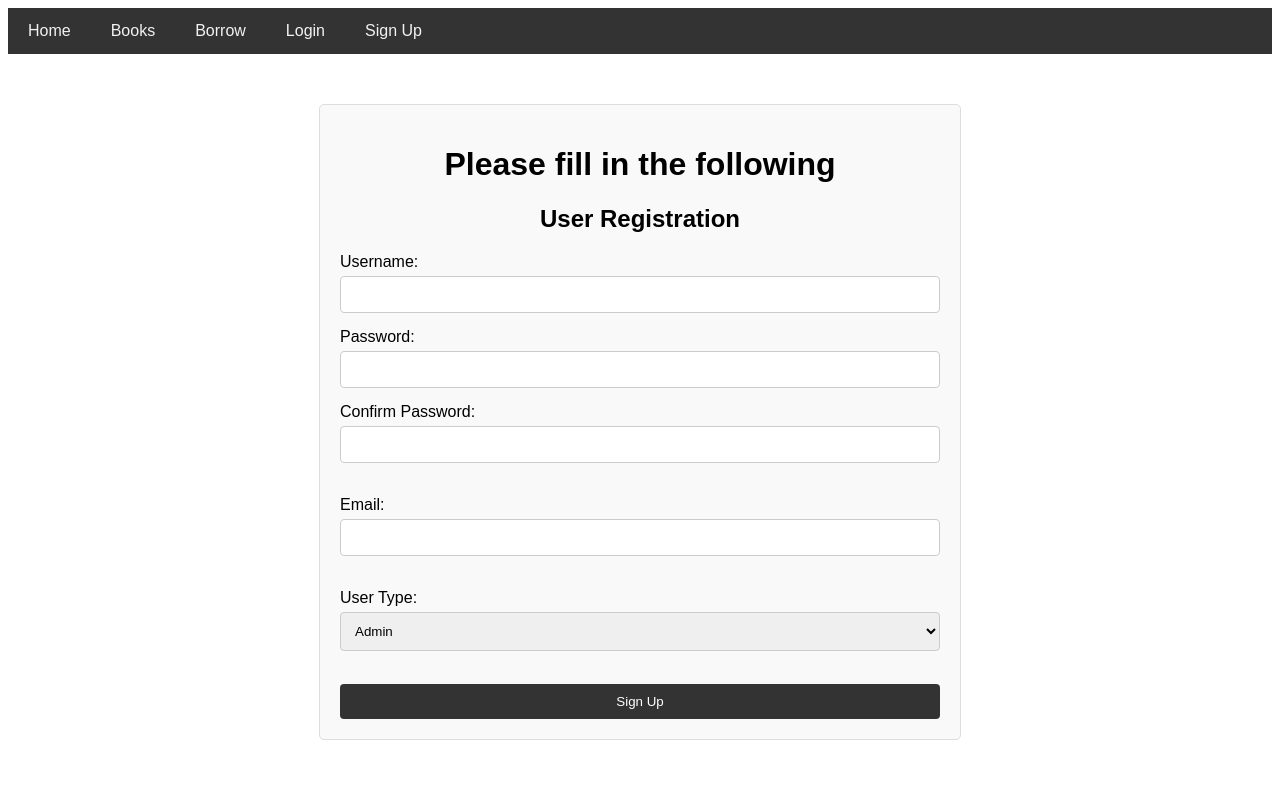
Repository: fadyesk12/Web-Technology-Course-Project
Page: auth/signup.html
The author's editor kept a copy of each file at every save. The page is drawn from the files as they stood at one save, then again after a run of saves.
The browser window is 1280 px wide. The pictures show the whole page.

Above is the page before, as saved 2024-04-19 02:21:58.

### auth/signup.html
<!DOCTYPE html>
<html>
<head>
  <title>User Registration</title>
  <link rel="stylesheet" href="../Styling/signup.css">
</head>
<body>


  <div id="navbar">
    <a href="../index.html">Home</a>
    <a href="../book_list.html">Books</a>
    <a href="../borrow.html">Borrow</a>
    <a href="../auth/login.html">Login</a>
    <a href="../auth/signup.html">Sign Up</a>
  </div>

  <div class="container">
    <h1>Please fill in the following</h1>
    <h2>User Registration</h2>

    <form>
      <div class="form-group">
        <label for="username">Username:</label>
        <input type="text" id="username" name="username" required>
      </div>
      <div class="form-group">
        <label for="password">Password:</label>
        <input type="password" id="password" name="password" required>
      </div>

        <label for="confirmPassword">Confirm Password:</label>
        <input type="password" id="confirmPassword" name="confirmPassword" required><br><br>

        <label for="email">Email:</label>
        <input type="email" id="email" name="email" required><br><br>

        <label for="usertype">User Type:</label>
        <select id="usertype" name="usertype" required>
            <option value="admin">Admin</option>
            <option value="user">User</option>
        </select><br><br>

        <input type="submit" value="Sign Up">
    </form>
  </div>
</body>
</html>

### Styling/signup.css
#navbar {
    overflow: hidden;
    background-color: #333;
  }

  #navbar a {
    float: left;
    display: block;
    color: #f2f2f2;
    text-align: center;
    padding: 14px 20px;
    text-decoration: none;
  }

  #navbar a:hover {
    background-color: #ddd;
    color: black;
  }

  body {
    font-family: Arial, sans-serif;
  }

  .container {
    max-width: 600px;
    margin: 50px auto;
    padding: 20px;
    border: 1px solid #ddd;
    border-radius: 5px;
    background-color: #f9f9f9;
  }

  h1, h2 {
    text-align: center;
  }

  form {
    margin-top: 20px;
  }

  label {
    display: block;
    margin-bottom: 5px;
  }

  input[type="text"],
  input[type="password"],
  input[type="email"],
  select {
    width: 100%;
    padding: 10px;
    margin-bottom: 15px;
    border: 1px solid #ccc;
    border-radius: 4px;
    box-sizing: border-box;
  }

  input[type="submit"] {
    width: 100%;
    background-color: #333;
    color: #fff;
    padding: 10px;
    border: none;
    border-radius: 4px;
    cursor: pointer;
  }

  input[type="submit"]:hover {
    background-color: #555;
  }

After the next 2 saves:
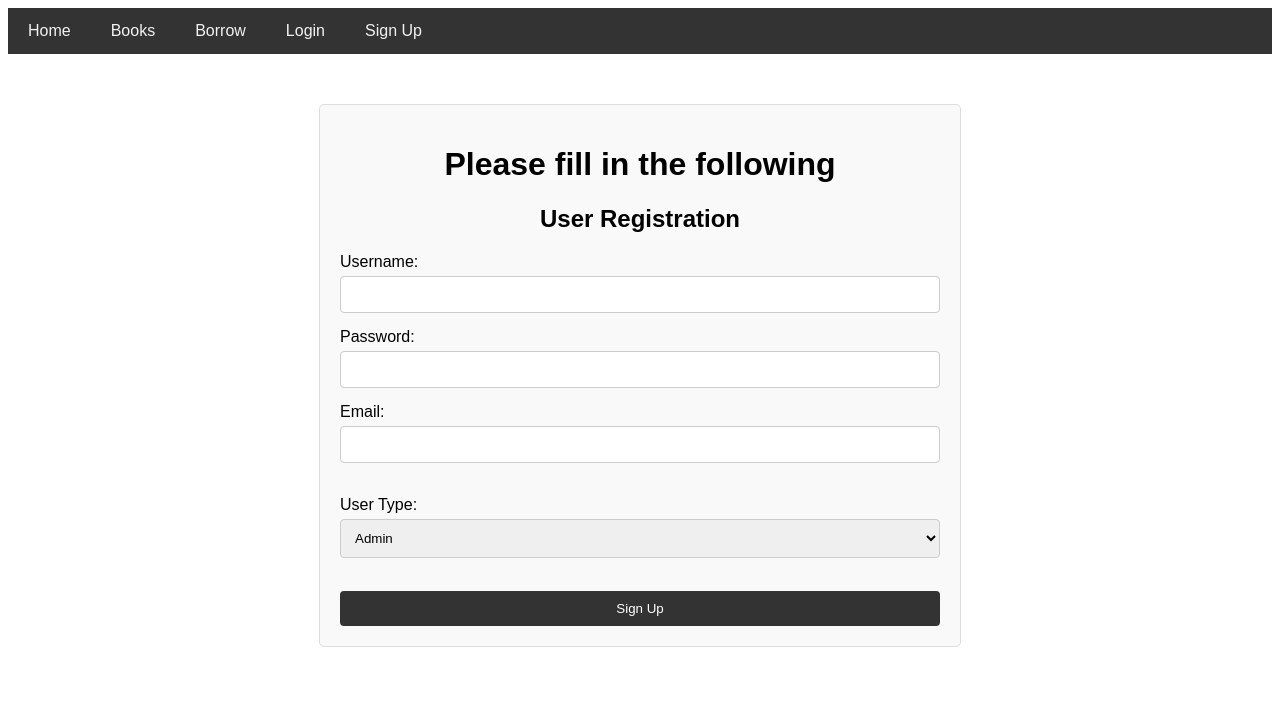
The 2 saves are shown as one change because they came seconds apart.
The last was saved 20 s later.
--- a/auth/signup.html
+++ b/auth/signup.html
@@ -29,8 +29,6 @@
         <input type="password" id="password" name="password" required>
       </div>
 
-        <label for="confirmPassword">Confirm Password:</label>
-        <input type="password" id="confirmPassword" name="confirmPassword" required><br><br>
 
         <label for="email">Email:</label>
         <input type="email" id="email" name="email" required><br><br>
